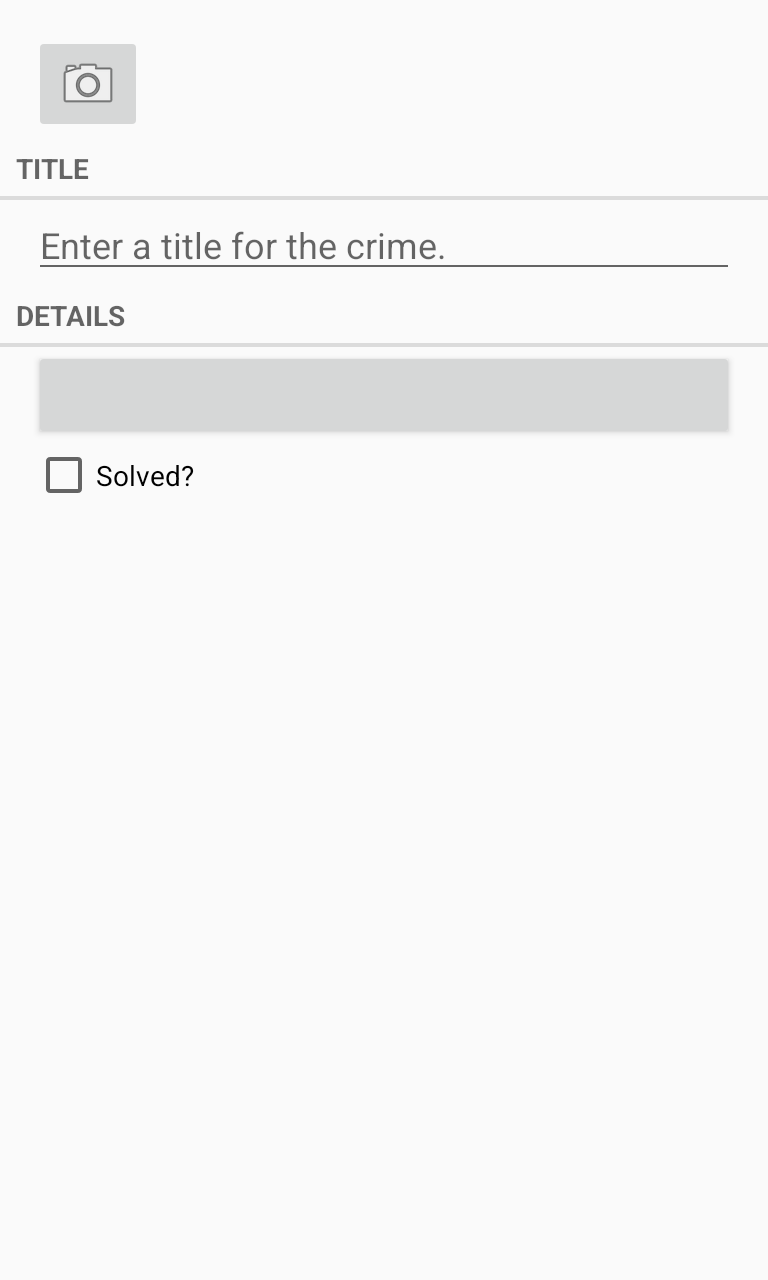
Repository: p-tricky/Android
Layout: CriminalIntent/res/layout/fragment_criminal.xml
An editor plug-in stored every save of this project. The layout is shown before and after the next save, followed by the edit.
It is drawn on a 768 x 1280 px phone screen (xhdpi) without system bars, with theme AppTheme; the app's code is not run.

Above is the layout before, as saved 2014-09-06 01:58:37.

After the next save:
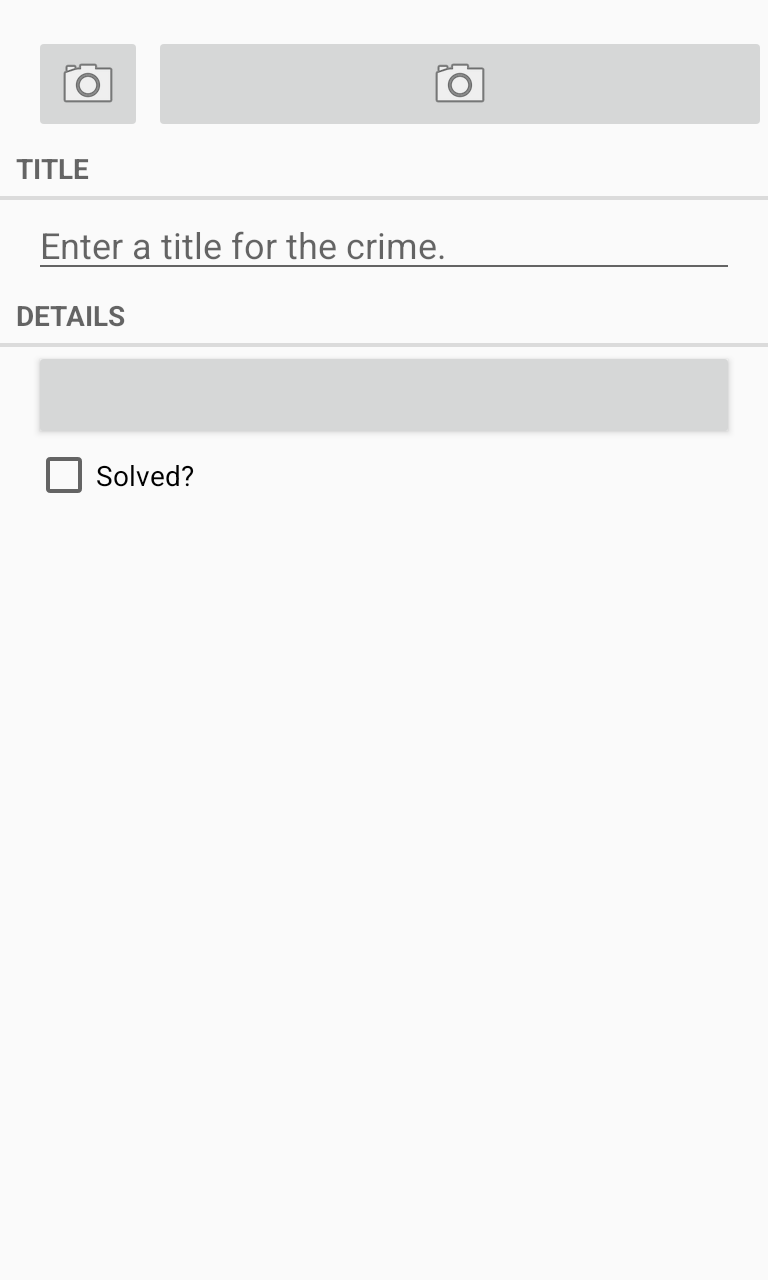
Saved 2 min 27 s later.
--- a/CriminalIntent/res/layout/fragment_criminal.xml
+++ b/CriminalIntent/res/layout/fragment_criminal.xml
@@ -24,7 +24,23 @@
 			    android:src="@android:drawable/ic_menu_camera" />
 
     	</LinearLayout>
+
+        <LinearLayout
+            android:layout_width="wrap_content"
+            android:layout_height="wrap_content"
+            android:orientation="vertical"
+        	android:layout_weight="1">
+
+			<ImageButton
+			    android:id="@+id/crime_imageButton"
+			    android:layout_width="match_parent"
+			    android:layout_height="wrap_content"
+			    android:src="@android:drawable/ic_menu_camera" />
+
+    	</LinearLayout>
+
     </LinearLayout>
+
     <TextView
         android:layout_width="match_parent"
         android:layout_height="wrap_content"
